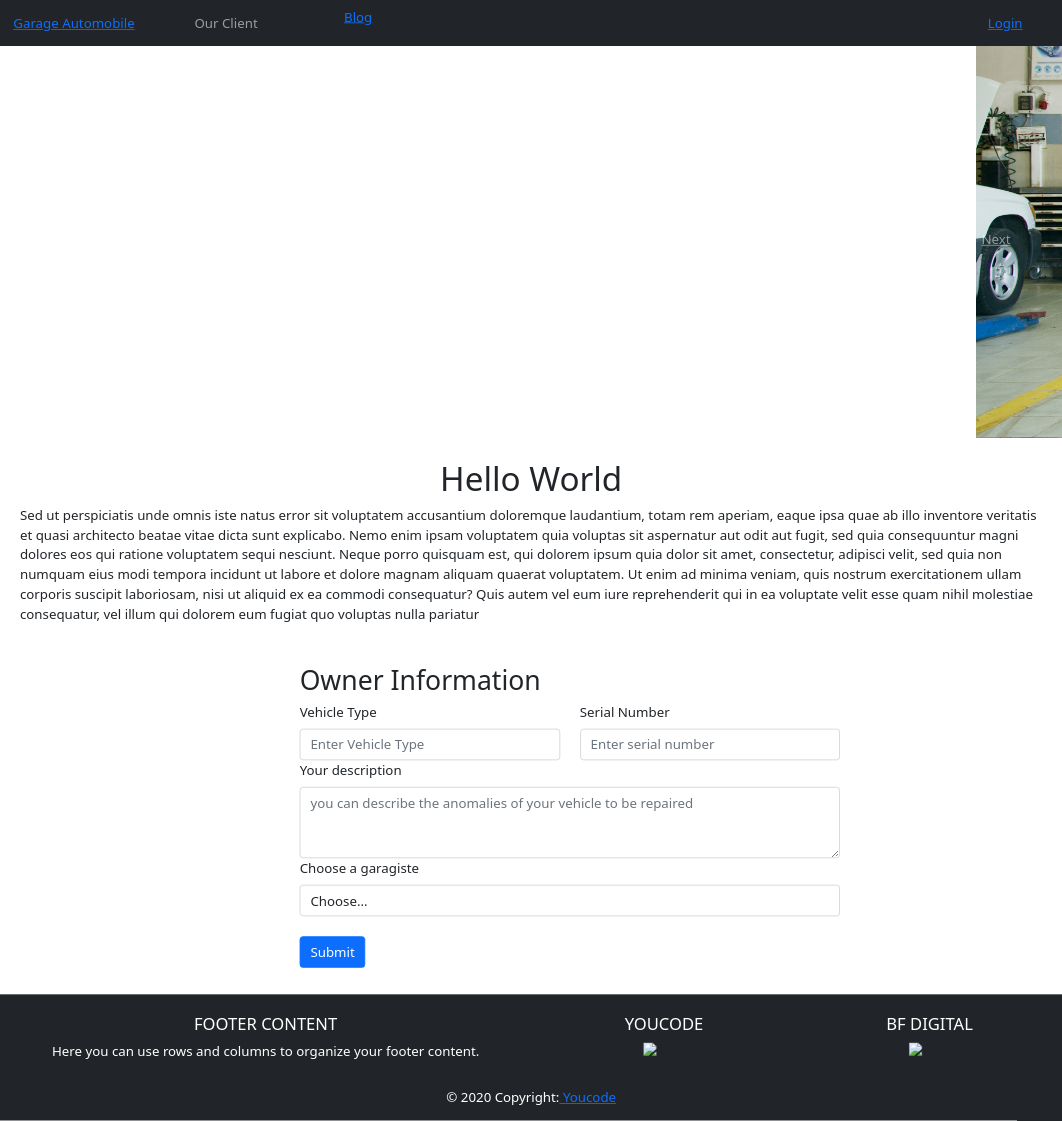
Repository: abdelhak-f/Fil-Rouge
Page: / (app in client/)
These files come from the project's save history. The page is drawn as it stood at one moment and after the next save; the edit follows.
The browser window is 1280 px wide. The pictures show the whole page, at 83% of full size.
The project was rebuilt for these pictures with package versions that can differ from the ones it lists, and the page was loaded fresh each time. Also part of the build but not shown: client/src/components/Blog.jsx, client/src/components/forms/FormGarage.jsx, client/src/components/loged/login/Login.jsx, client/src/components/loged/register/Register.jsx.

Above is the page before, as saved 2021-09-12 13:39:58.

### client/public/index.html
<!DOCTYPE html>
<html lang="en">
  <head>
    <meta charset="utf-8" />
    <link rel="icon" href="%PUBLIC_URL%/favicon.ico" />
    <meta name="viewport" content="width=device-width, initial-scale=1" />
    <meta name="theme-color" content="#000000" />
    <meta
      name="description"
      content="Web site created using create-react-app"
    />
    <!--   import bootstrao  -->
    <link
  rel="stylesheet"
  href="https://cdn.jsdelivr.net/npm/bootstrap@5.1.0/dist/css/bootstrap.min.css"
  integrity="sha384-KyZXEAg3QhqLMpG8r+8fhAXLRk2vvoC2f3B09zVXn8CA5QIVfZOJ3BCsw2P0p/We"
  crossorigin="anonymous"
  />

    <link rel="apple-touch-icon" href="%PUBLIC_URL%/logo192.png" />
    <!--
      manifest.json provides metadata used when your web app is installed on a
      user's mobile device or desktop. See https://developers.google.com/web/fundamentals/web-app-manifest/
    -->
    <link rel="manifest" href="%PUBLIC_URL%/manifest.json" />
    <!--
      Notice the use of %PUBLIC_URL% in the tags above.
      It will be replaced with the URL of the `public` folder during the build.
      Only files inside the `public` folder can be referenced from the HTML.

      Unlike "/favicon.ico" or "favicon.ico", "%PUBLIC_URL%/favicon.ico" will
      work correctly both with client-side routing and a non-root public URL.
      Learn how to configure a non-root public URL by running `npm run build`.
    -->
    <title>React App</title>
  </head>
  <body>
    <noscript>You need to enable JavaScript to run this app.</noscript>
    <div id="root"></div>
    <!--
      This HTML file is a template.
      If you open it directly in the browser, you will see an empty page.

      You can add webfonts, meta tags, or analytics to this file.
      The build step will place the bundled scripts into the <body> tag.

      To begin the development, run `npm start` or `yarn start`.
      To create a production bundle, use `npm run build` or `yarn build`.
    -->
  </body>
</html>

### client/src/index.js
import React from 'react';
import ReactDOM from 'react-dom';
import './index.css';
import App from './App';
import reportWebVitals from './reportWebVitals';

// import bootstrap
import 'bootstrap/dist/css/bootstrap.min.css';

ReactDOM.render(
  <React.StrictMode>
    <App />
  </React.StrictMode>,
  document.getElementById('root')
);

// If you want to start measuring performance in your app, pass a function
// to log results (for example: reportWebVitals(console.log))
// or send to an analytics endpoint. Learn more: https://bit.ly/CRA-vitals
reportWebVitals();

### client/src/App.js
// import './App.css';
import React from 'react';

import Navbar from './components/Nnavbar';
import Body from './components/Body';
import Footer from './components/Footer';
import Blog from './components/Blog';
import FormGarage from './components/forms/FormGarage'
import Login from './components/loged/login/Login';
import Register from './components/loged/register/Register';

import { BrowserRouter as Router, Switch, Route } from 'react-router-dom';






function App() {
  return (


    <>
<Router>

     <Navbar />




    <Switch>
    <Route  path="/" exact component={Body} />
    <Route  path="/Blog" component={Blog} />
    <Route  path="/FormGarage" component={FormGarage} />
    <Route  path="/login" component={Login} />
    <Route  path="/register" component={Register} />
    </Switch>

    <Footer/>
</Router>
    </>

  );
}

export default App;

### client/src/components/Nnavbar.jsx
import React from 'react';
import { NavLink } from 'react-router-dom';

import * as ReactBootstrap from 'react-bootstrap';









function Navbar() {
    return(
      <>

            <ReactBootstrap.Navbar className="mb-5" collapseOnSelect expand="lg" bg="dark" variant="dark" fixed="top">

 <NavLink className="mx-3" to="/">Garage Automobile</NavLink>
 <ReactBootstrap.Navbar.Toggle aria-controls="responsive-navbar-nav" />
 <ReactBootstrap.Navbar.Collapse id="responsive-navbar-nav">
   <ReactBootstrap.Nav className="me-auto">
     <ReactBootstrap.Nav.Link className="mx-5" href="#features">Our Client</ReactBootstrap.Nav.Link>
     <NavLink  className="px-5" to="/blog">Blog</NavLink>
     {/* <ReactBootstrap.NavDropdown title="Dropdown" id="collasible-nav-dropdown">
       <ReactBootstrap.NavDropdown.Item href="#action/3.1">Action</ReactBootstrap.NavDropdown.Item>
       <ReactBootstrap.NavDropdown.Item href="#action/3.2">Another action</ReactBootstrap.NavDropdown.Item>
       <ReactBootstrap.NavDropdown.Item href="#action/3.3">Something</ReactBootstrap.NavDropdown.Item>
       <ReactBootstrap.NavDropdown.Divider />
       <ReactBootstrap.NavDropdown.Item href="#action/3.4">Separated link</ReactBootstrap.NavDropdown.Item>
     </ReactBootstrap.NavDropdown> */}
   </ReactBootstrap.Nav>
   <ReactBootstrap.Nav>
     <NavLink  className="px-5"  to="/login"> Login</NavLink>
     {/* <ReactBootstrap.Nav.Link eventKey={2} href="#memes">
       Admin
     </ReactBootstrap.Nav.Link> */}
   </ReactBootstrap.Nav>
 </ReactBootstrap.Navbar.Collapse>

</ReactBootstrap.Navbar>





</>

    )
}

export default Navbar ;

### client/src/components/Body.jsx
import React from 'react';
import Text from './Text';
import FirstFrontForm from './forms/FirstFrontForm';

export default function componentName() {
  return (
    <>
    {/* import the Text */}
    <Text />


     {/* import the first form of client */}
     <FirstFrontForm />

    </>
  );
}

### client/src/components/Footer.jsx
import React from "react";


function Footer () {
    return(
<footer  className="pt-4 page-footer font-small blue bg-dark ">
    <div className="text-center container-fluid text-md-left ">
        <div className="row">
            <div className="mt-3 text-white col-md-6 mt-md-0">
                <h5 className=" text-uppercase">Footer Content</h5>
                <p >Here you can use rows and columns to organize your footer content.</p>
            </div>

            <hr className="clearfix pb-0 w-100 d-md-none"/>

            <div className="mb-3 col-md-3 mb-md-0">
                <h5 className="text-white text-uppercase">Youcode</h5>
                <img src="" alt="logo" width={300} /></div>

            <div className="mb-3 col-md-3 mb-md-0">
                <h5 className="text-white text-uppercase " >BF Digital</h5>
                <img src="" alt="logo" width={300} />
            </div>
        </div>
    </div>

    <div className="py-3 text-center text-white footer-copyright " >© 2020 Copyright:
        <a href="https://www.youcode.ma/"> Youcode</a>
    </div>

</footer>
)

}

export default Footer

### client/src/components/Text.jsx
import React from 'react';
import {Carousel} from 'react-bootstrap';

import image from '../images/image.jpg';
import image1 from '../images/image1.jpg';
import image2 from '../images/image2.jpg';


function Text() {
    return(
      <>
      <Carousel className="mt-5">
  <Carousel.Item>
    <img
      className="d-block w-100"
      src={image}
      alt="First slide"
    />
    <Carousel.Caption>
      <h3>First slide label</h3>
      <p>Nulla vitae elit libero, a pharetra augue mollis interdum.</p>
    </Carousel.Caption>
  </Carousel.Item>
  <Carousel.Item>
    <img
      className="d-block w-100"
      src={image1}
      alt="Second slide"
    />

    <Carousel.Caption>
      <h3>Second slide label</h3>
      <p>Lorem ipsum dolor sit amet, consectetur adipiscing elit.</p>
    </Carousel.Caption>
  </Carousel.Item>
  <Carousel.Item>
    <img
      className="d-block w-100"
      src={image2}
      alt="Third slide"
    />

    <Carousel.Caption>
      <h3>Third slide label</h3>
      <p>Praesent commodo cursus magna, vel scelerisque nisl consectetur.</p>
    </Carousel.Caption>
  </Carousel.Item>
</Carousel>

          <h1 className="mt-4 text-center font-weight-bold">
              Hello World
          </h1>
       <p className="mx-4 text-justify font-weight-normal">
       Sed ut perspiciatis unde omnis iste natus error sit voluptatem accusantium doloremque laudantium, totam rem aperiam, eaque ipsa quae ab illo inventore veritatis et quasi architecto beatae vitae dicta sunt explicabo. Nemo enim ipsam voluptatem quia voluptas sit aspernatur aut odit aut fugit, sed quia consequuntur magni dolores eos qui ratione voluptatem sequi nesciunt. Neque porro quisquam est, qui dolorem ipsum quia dolor sit amet, consectetur, adipisci velit, sed quia non numquam eius modi tempora incidunt ut labore et dolore magnam aliquam quaerat voluptatem. Ut enim ad minima veniam, quis nostrum exercitationem ullam corporis suscipit laboriosam, nisi ut aliquid ex ea commodi consequatur? Quis autem vel eum iure reprehenderit qui in ea voluptate velit esse quam nihil molestiae consequatur, vel illum qui dolorem eum fugiat quo voluptas nulla pariatur
       </p>


       </>

    )
}

export default Text ;

### client/src/components/forms/FirstFrontForm.jsx
import React  from 'react';
import {Form, Container,Jumbotron, Button, Row, Col} from 'react-bootstrap';


 function FirstFrontForm () {
  return (

    <Container className="mt-5 mb-3">

            <Col md={{ span: 7, offset: 3 }}>
              <Jumbotron>
                <Form>
                  <Form.Group>
                    <h2>Owner Information</h2>
                    {/* <Form.Label>Name</Form.Label>
                    <Row>
                      <Col>
                        <Form.Control placeholder="First Name"></Form.Control>
                      </Col>
                      <Col>
                        <Form.Control placeholder="Last Name"></Form.Control>
                      </Col>
                    </Row> */}
                  </Form.Group>
                  {/* <Row>
                    <Form.Group as={Col} controlId="formGridEmail">
                      <Form.Label>Email</Form.Label>
                      <Form.Control type="email" placeholder="Enter Email" />
                    </Form.Group>
                    <Form.Group as={Col} controlId="formGridTel">
                      <Form.Label>Phone</Form.Label>
                      <Form.Control
                        type="telephone"
                        placeholder="Enter Phone Number"
                      />
                    </Form.Group>
                  </Row>
                  <Form.Group controlId="formGridAddress1">
                    <Form.Label>Address</Form.Label>
                    <Form.Control placeholder="1234 Main St" />
                  </Form.Group>

                  <Row>

                    <Form.Group as={Col} controlId="formGridState">
                      <Form.Label>City</Form.Label>
                      <Form.Control as="select">
                        <option>Choose...</option>
                        <option>Youssoufia</option>
                        <option>Safi</option>
                        <option>Marrakech</option>
                        <option>Agadir</option>
                        <option>Casablanca</option>
                        <option>Rabat</option>
                      </Form.Control>
                    </Form.Group>
                    <Form.Group as={Col} controlId="formGridCityZip">
                      <Form.Label>Zip Code</Form.Label>
                      <Form.Control />
                    </Form.Group>
                  </Row> */}
                  <Row>
                    <Form.Group as={Col} controlId="formGridEmail">
                      <Form.Label>Vehicle Type</Form.Label>
                      <Form.Control type="text" placeholder="Enter Vehicle Type" />
                    </Form.Group>
                    <Form.Group as={Col} controlId="formGridTel">
                      <Form.Label>Serial Number</Form.Label>
                      <Form.Control
                        type="number"
                        placeholder="Enter serial number"
                      />
                    </Form.Group>
                  </Row>
                  <Row>
                    <Form.Group className="" controlId="exampleForm.ControlTextarea1">
                      <Form.Label>Your description</Form.Label>
                      <Form.Control as="textarea" rows={3}
                        placeholder="you can describe the anomalies of your vehicle to be repaired"
                      />
                    </Form.Group>

                  <Form.Group as={Col} >
                      <Form.Label>Choose a garagiste</Form.Label>
                      <Form.Control type="text" as="select" >
                       <option>Choose...</option>
                       </Form.Control>

                    </Form.Group>
                  </Row>
                  <br />


                  <Button className="mb-3"
                   variant="primary" type="submit">
                     Submit
                 </Button>

                </Form>
              </Jumbotron>
            </Col>


        </Container>




  );
}

export default FirstFrontForm ;

### client/src/components/css/style.css

.Blog {
    margin-top: 5rem;
    margin-bottom: 5rem;
  }
  .Login{
    margin-top: 5rem;
    margin-bottom: 5rem;
    margin-left: 25%;
    margin-right: 25%;
  }

  .form-inline {
      margin-top:  5%;
      width: 80%;
      height: 5%;
  }
  .btn{
      margin-bottom: 23%;
  }

  .owner{
      margin-top: 5rem;
  }

Loaded but not shown: client/src/index.css (common file); client/src/reportWebVitals.js (common file)

After the next save:
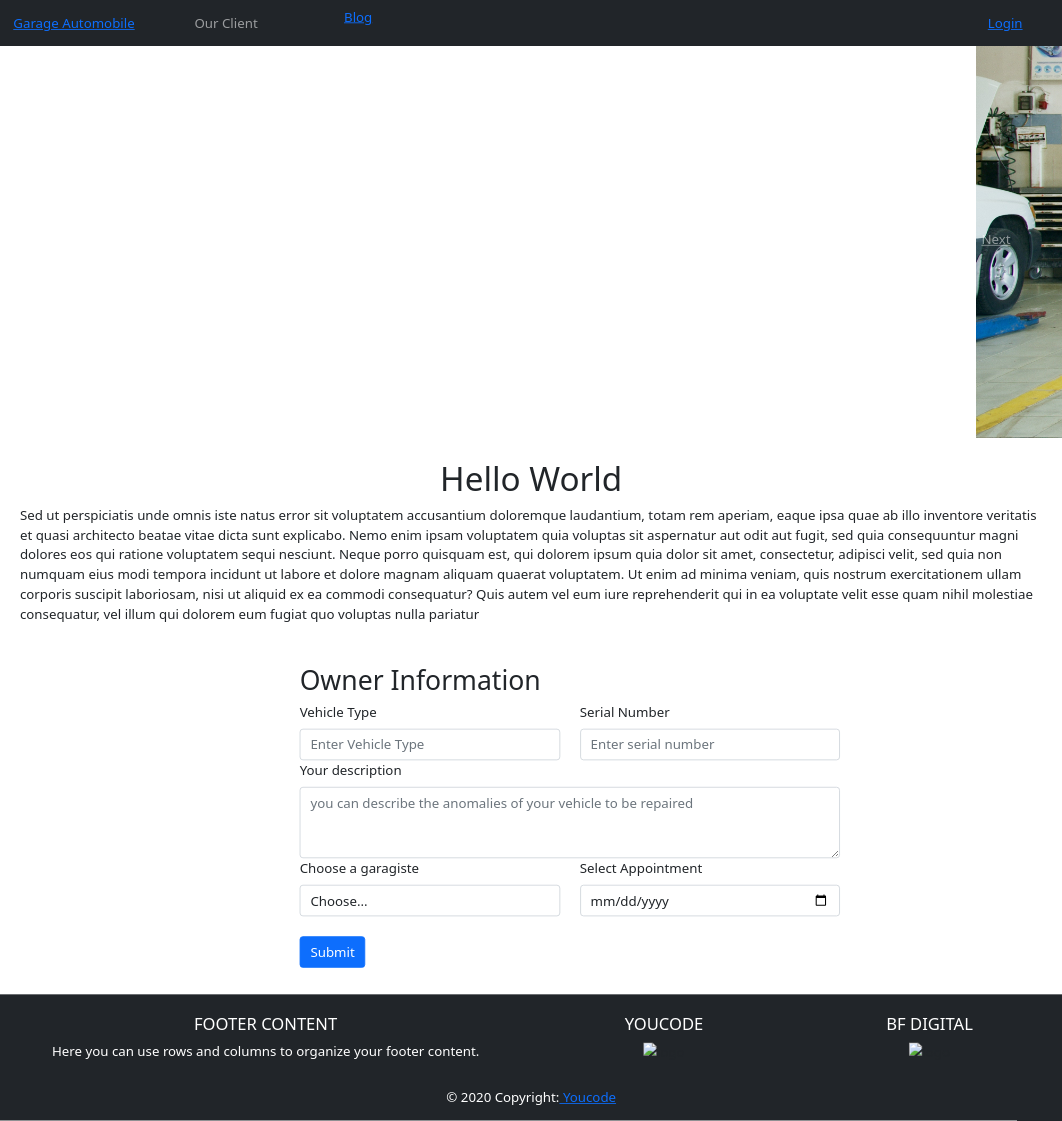
Saved 12 s later.
--- a/client/src/components/forms/FirstFrontForm.jsx
+++ b/client/src/components/forms/FirstFrontForm.jsx
@@ -87,6 +87,15 @@ import {Form, Container,Jumbotron, Button, Row, Col} from 'react-bootstrap';
                        </Form.Control>
 
                     </Form.Group>
+
+                    <Form.Group as={Col} >
+                    <Form.Label>Select Appointment</Form.Label>
+                    <Form.Control
+                      type="date"
+                      // value={date}
+                      // onChange={this.setDate}
+                    />
+                  </Form.Group>
                   </Row>
                   <br />
 
